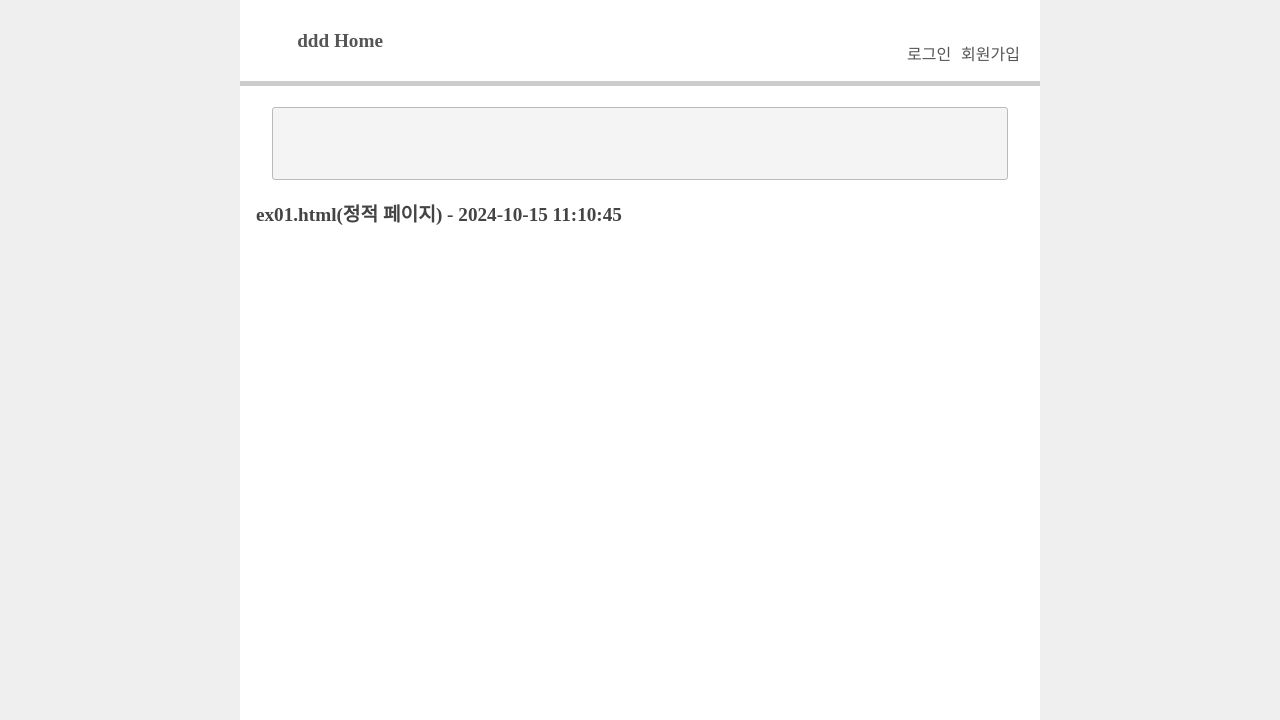
Repository: Deneb0000/JSP
Page: http://localhost/jspPro/days01/ex01.jsp
These files come from the project's save history. The page is drawn as it stood at one moment and after the next save; the edit follows.
The browser window is 1280 px wide. The pictures show the whole page.
Some web fonts or font styles are not loaded; a fallback is used. The page is served by Tomcat 9.

Above is the page before, as saved 2024-10-15 02:12:36.

After the next save:
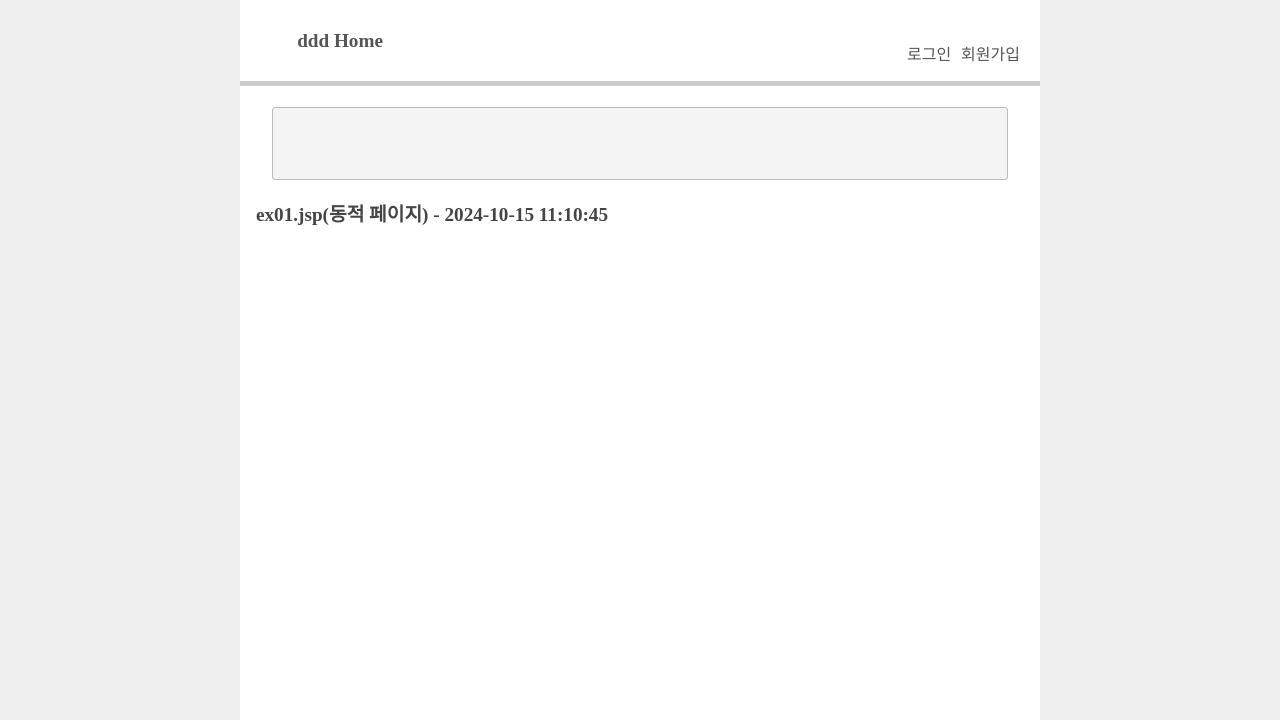
Saved 21 s later.
--- a/jspPro/src/main/webapp/days01/ex01.jsp
+++ b/jspPro/src/main/webapp/days01/ex01.jsp
@@ -28,7 +28,7 @@
   <xmp class="code">
 
   </xmp>
-   <h3> ex01.html(정적 페이지) - 2024-10-15 11:10:45</h3>
+   <h3> ex01.jsp(동적 페이지) - 2024-10-15 11:10:45</h3>
 </div>
 </body>
 </html>
